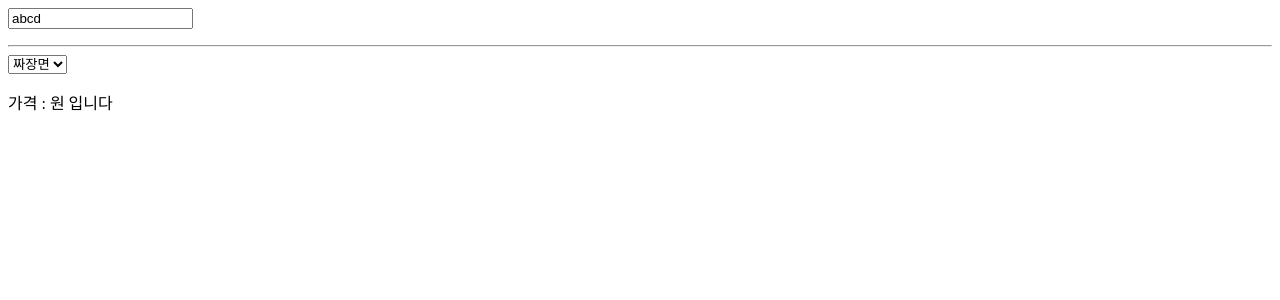
Repository: shbaksa/study
Page: http://localhost/mw_0621/javascript/change.jsp
An editor plug-in stored every save of this project. The page is shown before and after the next save, followed by the edit.
The browser window is 1280 px wide. The pictures show the whole page.
The page is served by Tomcat 9.

Above is the page before, as saved 2022-06-21 07:22:14.

After the next save:
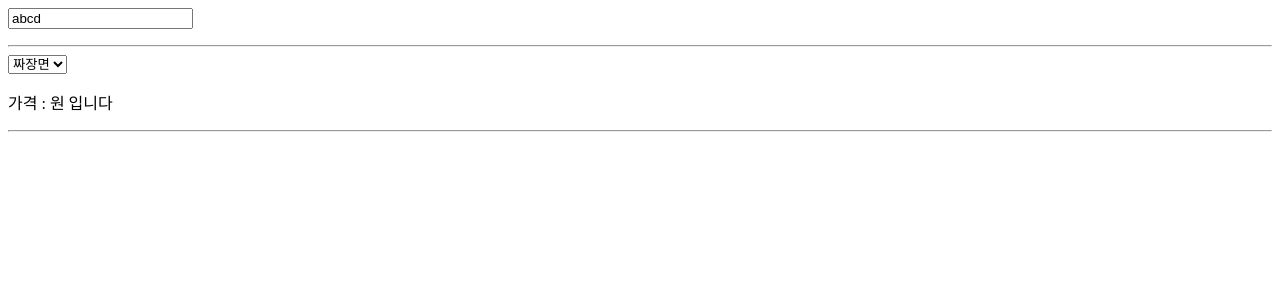
Saved 8 min 35 s later.
--- a/mw_0621/src/main/webapp/javascript/change.jsp
+++ b/mw_0621/src/main/webapp/javascript/change.jsp
@@ -9,7 +9,7 @@
 		function check(){
 			alert();
 		}
-		function change(){
+		function change(my){ // my== document.pkc.menu
 			document.getElementById("aa").innerText=document.pkc.memu.value
 		}
 	</script>
@@ -20,7 +20,7 @@
 	<hr>
 	<!-- change 이벤트는 거의 select태그에서 주로 사용한다. -->
 	<form name="pkc">
-	<select name="memu" onchange="change()"> <!-- select 태그에서 현재의 option태그를 변경하면 발생 -->
+	<select name="memu" onchange="change(this)"> <!-- select 태그에서 현재의 option태그를 변경하면 발생 -->
 		<option value="5,000"> 짜장면 </option>
 		<option value="8,000"> 짬 뽕 </option>
 		<option value="15,000"> 탕수육 </option>
@@ -28,6 +28,8 @@
 	</select> <p>
 	가격 : <span id="aa"></span>원 입니다
 	</form>
+	<hr>
+
 
 </body>
 </html>
